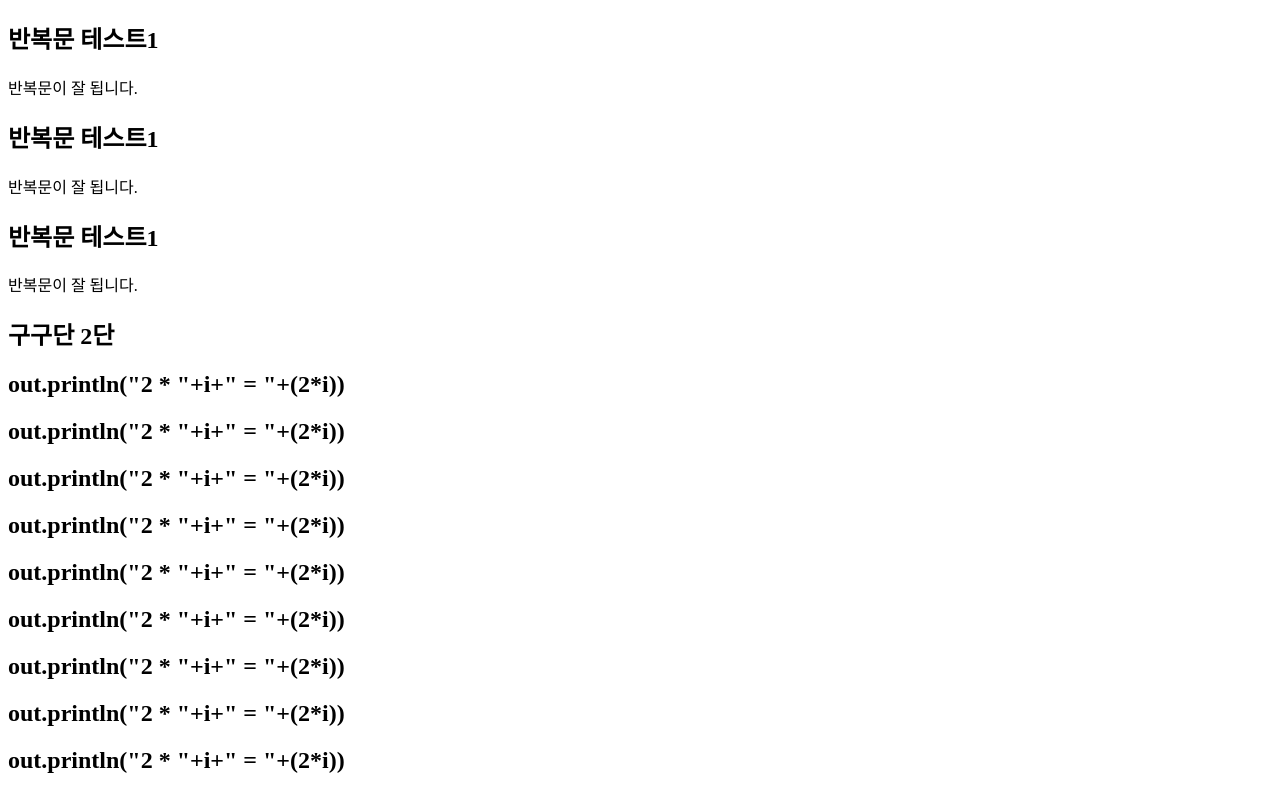
Repository: jungreul97/jsp_pracitce
Page: http://localhost/JSPBasic/JspTag/Scriptlet.jsp
These files come from the project's save history. The page is drawn as it stood at one moment and after the next save; the edit follows.
The browser window is 1280 px wide. The pictures show the whole page.
The page is served by Tomcat 9.

Above is the page before, as saved 2022-01-28 02:35:22.

### JSPBasic/src/main/webapp/JspTag/Scriptlet.jsp
<%@ page language="java" contentType="text/html; charset=UTF-8"
    pageEncoding="UTF-8"%>
<!DOCTYPE html>
<html>
<head>
<meta charset="UTF-8">
<title>Insert title here</title>
</head>
<body>
	<!-- 스크립트릿 내부에는 자바 코드를 작성할 수 있으며
	이 코드를 반영해 페이지가 구성됩니다. -->
	<% for(int i=0;i<3;i++){ %>
		<h2>반복문 테스트1</h2>
		<p>
			반복문이 잘 됩니다.
		</p>
	<% } %>

	<!--  하단에 구구단 코드를 작성해주세요.
	System.out.println()이 괄호 내 구문을 콘솔에 찍히게 해줬다면
	out.println()은 html화면에 괄호 내 구문을 콘솔에 찍히게 해줍니다.
	(javascript의 document.wrtie()와 같은 역할)-->
	<h2>구구단 2단</h2>
	<% for(int i=1;i<=9;i++){ %>
		<h2>out.println("2 * "+i+" = "+(2*i))</h2>
	<%} %>
</body>
</html>

After the next save:
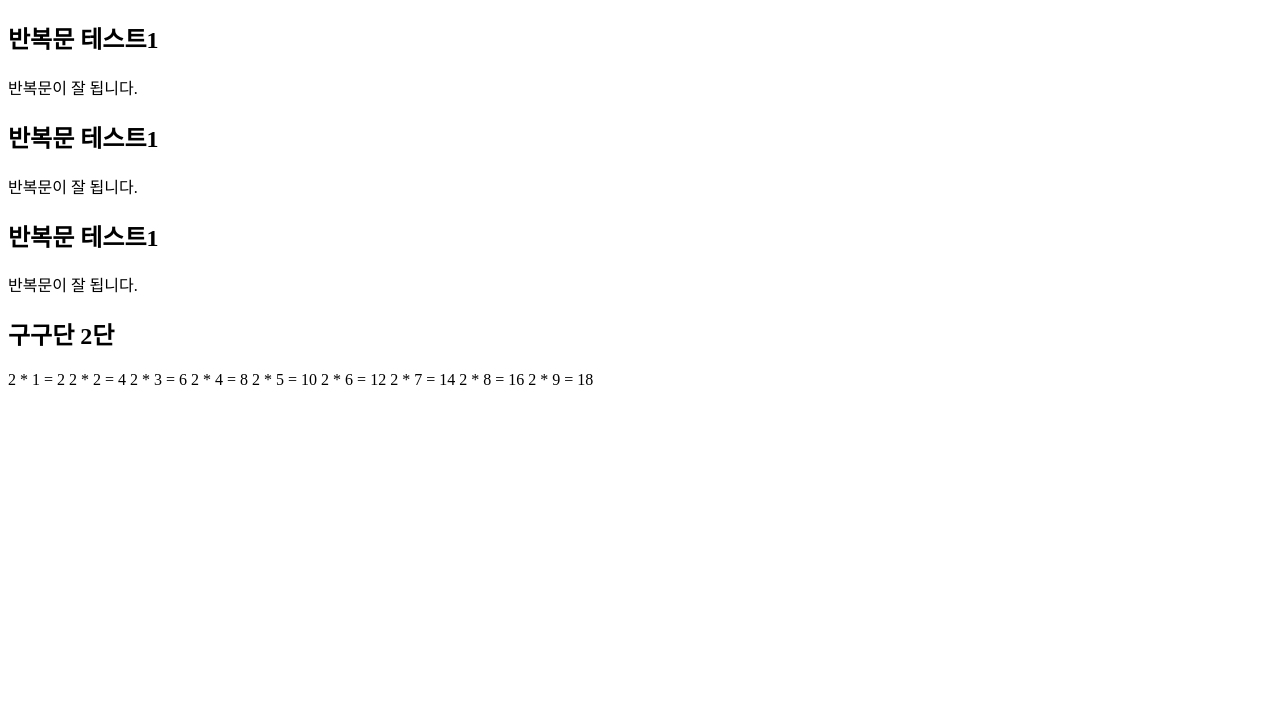
Saved 26 s later.
--- a/JSPBasic/src/main/webapp/JspTag/Scriptlet.jsp
+++ b/JSPBasic/src/main/webapp/JspTag/Scriptlet.jsp
@@ -21,8 +21,8 @@
 	out.println()은 html화면에 괄호 내 구문을 콘솔에 찍히게 해줍니다.
 	(javascript의 document.wrtie()와 같은 역할)-->
 	<h2>구구단 2단</h2>
-	<% for(int i=1;i<=9;i++){ %>
-		<h2>out.println("2 * "+i+" = "+(2*i))</h2>
-	<%} %>
+	<% for(int i=1;i<=9;i++){
+		out.println("2 * "+i+" = "+(2*i));
+	} %>
 </body>
 </html>
